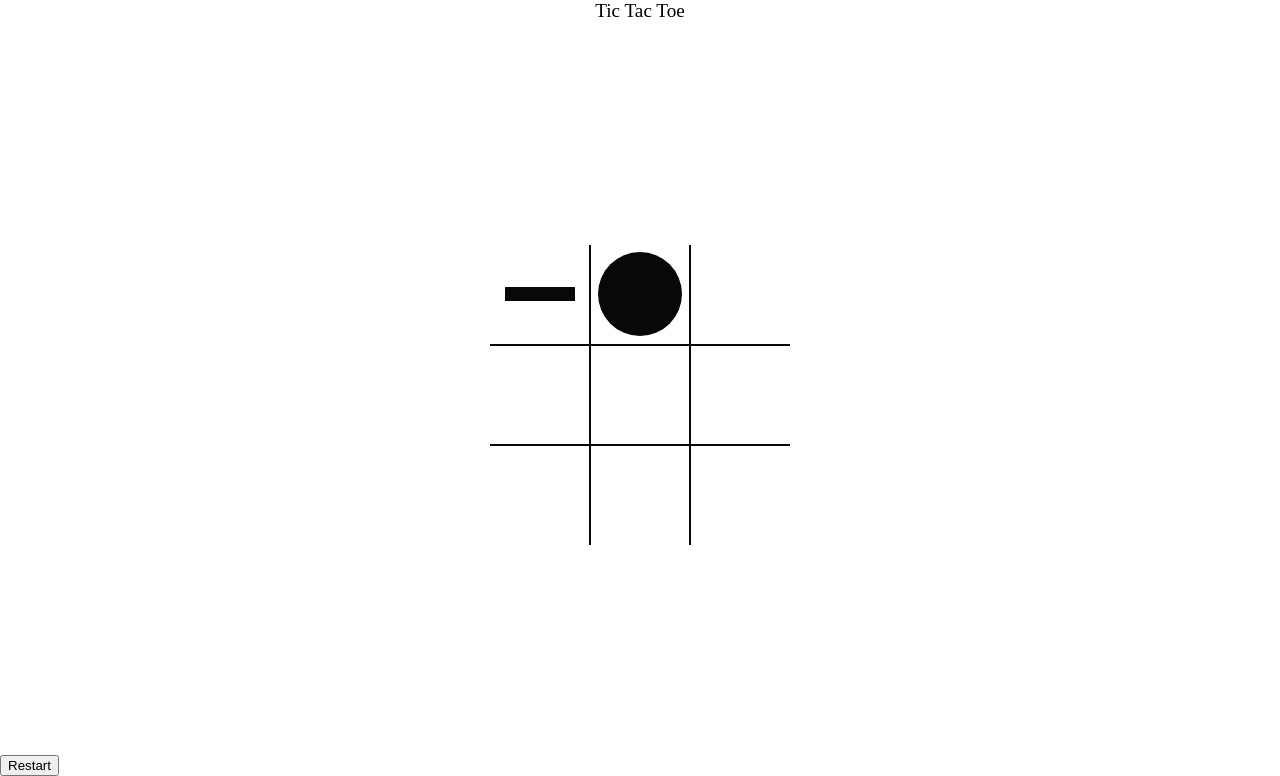
Repository: kkyler24/MCLA
Page: devFiles/TictactoeFiles/ticTacToe.html
The author's editor kept a copy of each file at every save. The page is drawn from the files as they stood at one save, then again after the next save.
The browser window is 1280 px wide. The pictures show the whole page.

Above is the page before, as saved 2020-04-17 15:28:00.

After the next save:
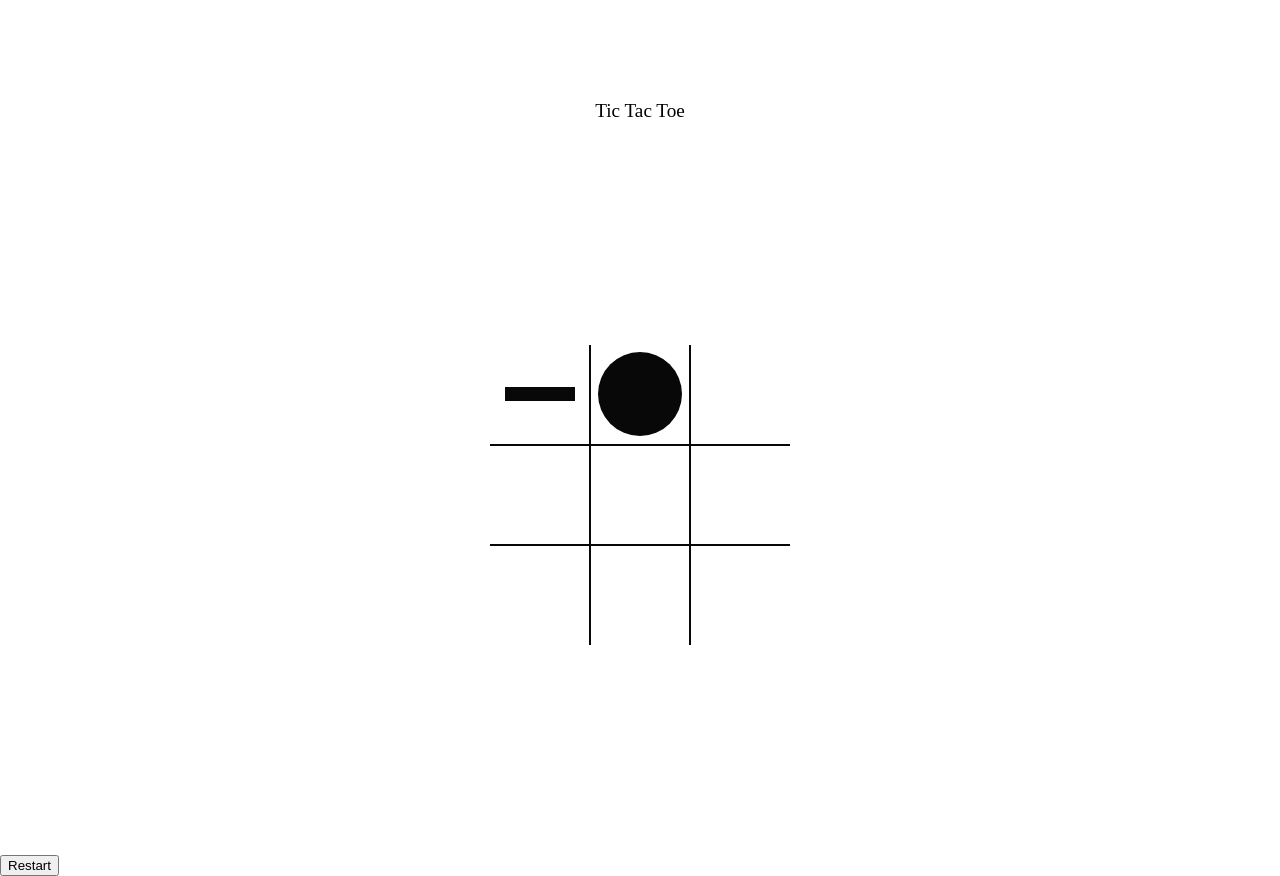
Saved 17 s later.
--- a/devFiles/TictactoeFiles/tictactoe.css
+++ b/devFiles/TictactoeFiles/tictactoe.css
@@ -8,7 +8,7 @@
 }
 
 h1{
-    margin-top: auto;
+    margin-top: 100px;
     text-align: center;
     font-size: larger;
     font-weight: 100;
